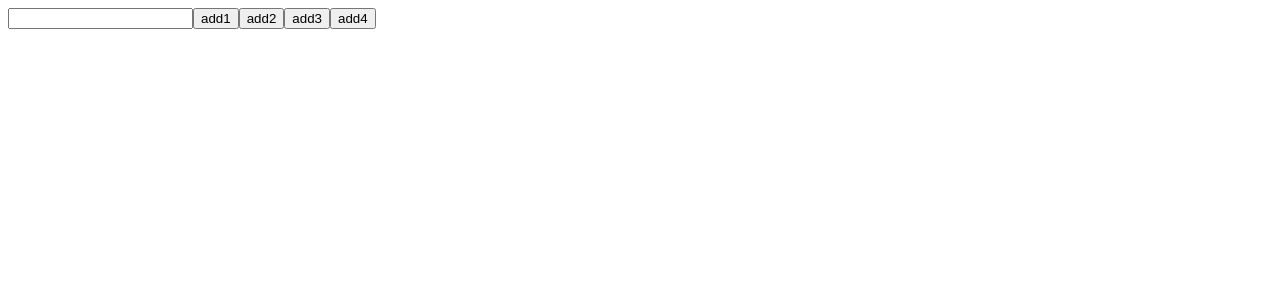
Repository: zenghao518518/React
Page: /
The author's editor kept a copy of each file at every save. The page is drawn from the files as they stood at one save, then again after the next save.
The browser window is 1280 px wide. The pictures show the whole page.
The project was rebuilt for these pictures with package versions that can differ from the ones it lists, and the page was loaded fresh each time.

Above is the page before, as saved 2023-06-20 14:29:39.

After the next save:
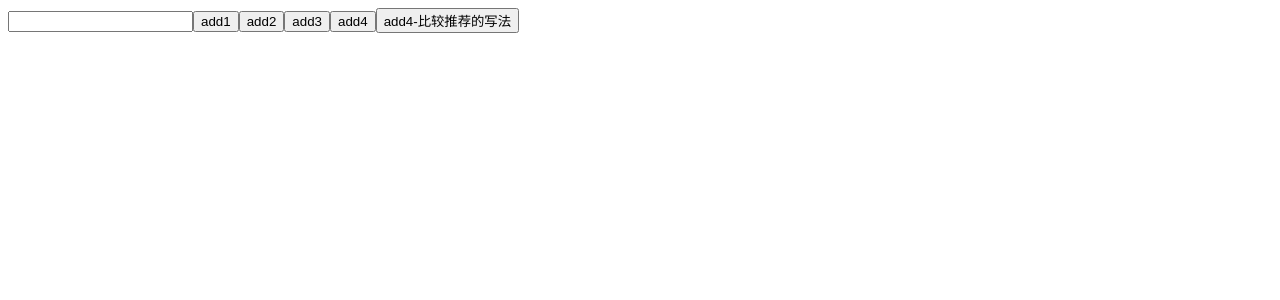
Saved 7 min 24 s later.
--- a/src/01-base/06-事件绑定-2.js
+++ b/src/01-base/06-事件绑定-2.js
@@ -17,6 +17,8 @@ export default class App extends Component {
             this.handleClick4() //由于使用的是=>,保持和外部作用域一致
             }}>add4</button>
 
+         <button onClick={()=>this.handleClick4()}>add4-比较推荐的写法</button>
+
       </div>
     )
   }
